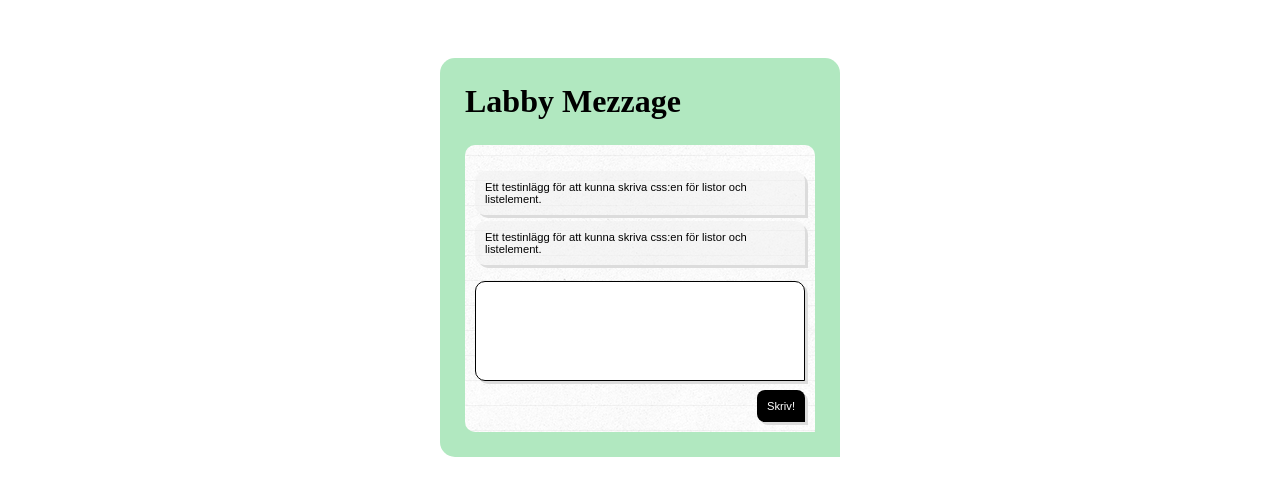
Repository: lw222gu/1dv403-laborationer
Page: 2-labbymezzage/index.html
The author's editor kept a record of every edit. The page is drawn from the files as they stood at one moment, then again after the next edit.
The browser window is 1280 px wide. The pictures show the whole page.
Some web fonts or font styles are not loaded; a fallback is used.

Above is the page before.
Console error: TypeError: Cannot set properties of null (setting 'onclick')

After the next edit:
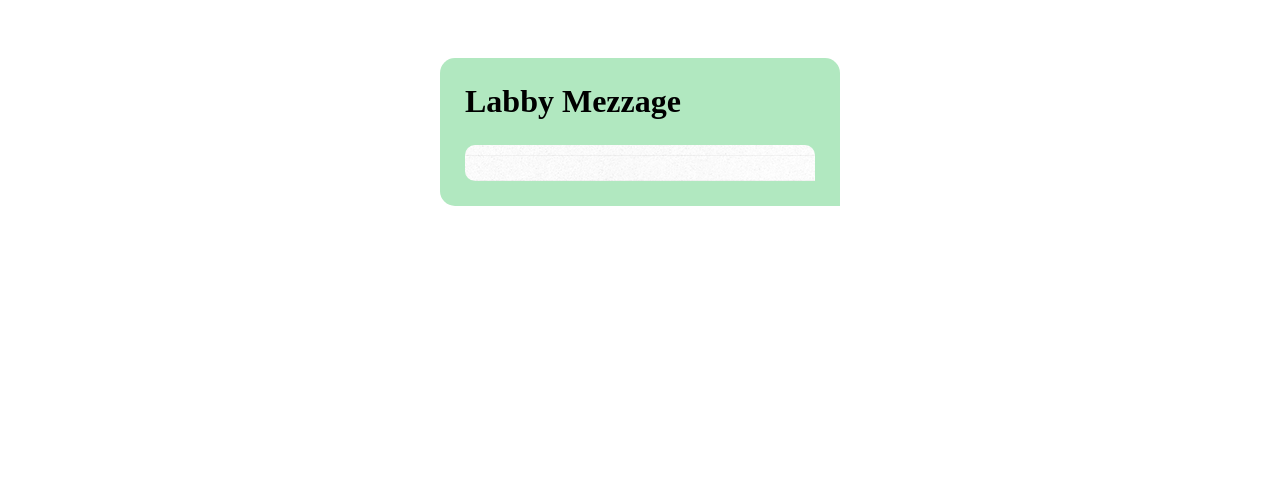
The edit:
--- a/2-labbymezzage/index.html
+++ b/2-labbymezzage/index.html
@@ -26,7 +26,7 @@
 
             <main>
                 <div id="messages">
-                    <ul>
+ <!--                   <ul>
                         <li>Ett testinlägg för att kunna skriva css:en för listor och listelement.</li>
                         <li>Ett testinlägg för att kunna skriva css:en för listor och listelement.</li>
                     </ul>
